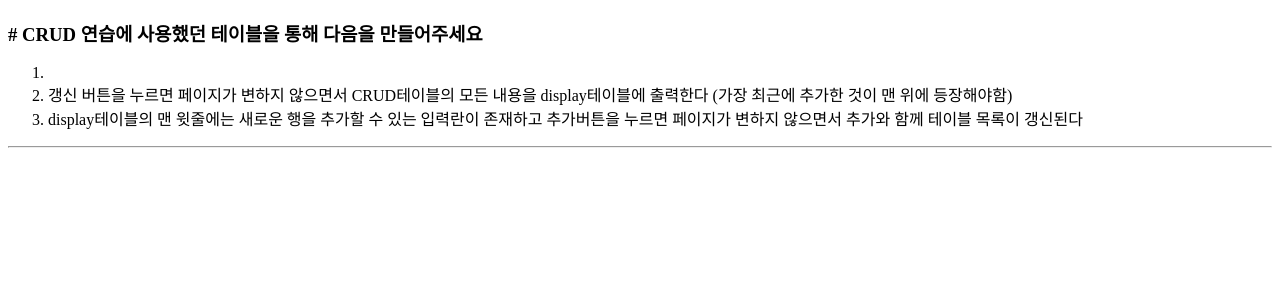
Repository: sirius455/spring-workspace
Page: http://localhost/Spring_REST/WEB-INF/views/ajax/crud_home.jsp
An editor plug-in stored every save of this project. The page is shown before and after the next save, followed by the edit.
The browser window is 1280 px wide. The pictures show the whole page.
The page is served by Tomcat 9. Nobody is signed in. The template is opened directly, without the code that normally fills it, so the values that code supplies are empty.

Above is the page before, as saved 2021-08-05 06:07:20.

After the next save:
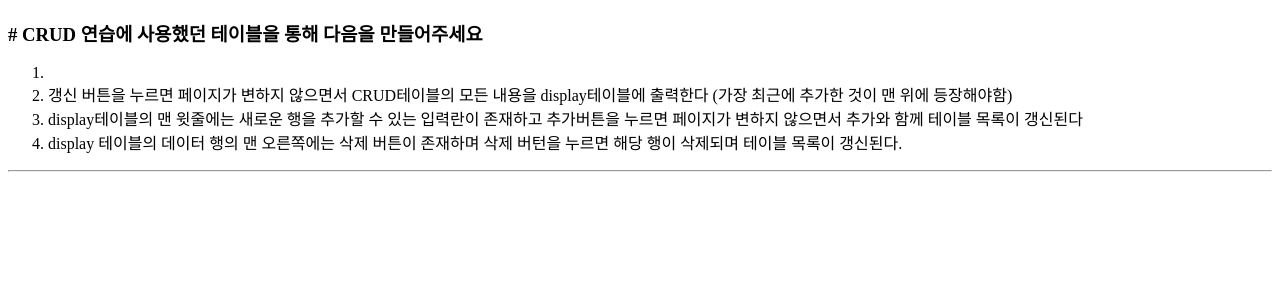
Saved 40 s later.
--- a/Spring_REST/src/main/webapp/WEB-INF/views/ajax/crud_home.jsp
+++ b/Spring_REST/src/main/webapp/WEB-INF/views/ajax/crud_home.jsp
@@ -19,6 +19,11 @@
 	 	display테이블의 맨 윗줄에는 새로운 행을 추가할 수 있는 입력란이 존재하고
 	 	추가버튼을 누르면 페이지가 변하지 않으면서 추가와 함께 테이블 목록이 갱신된다
 	</li>
+	<li>
+		display 테이블의 데이터 행의 맨 오른쪽에는 삭제 버튼이 존재하며
+		삭제 버턴을 누르면 해당 행이 삭제되며 테이블 목록이 갱신된다.
+	</li>
+
 </ol>
 
 <hr>
